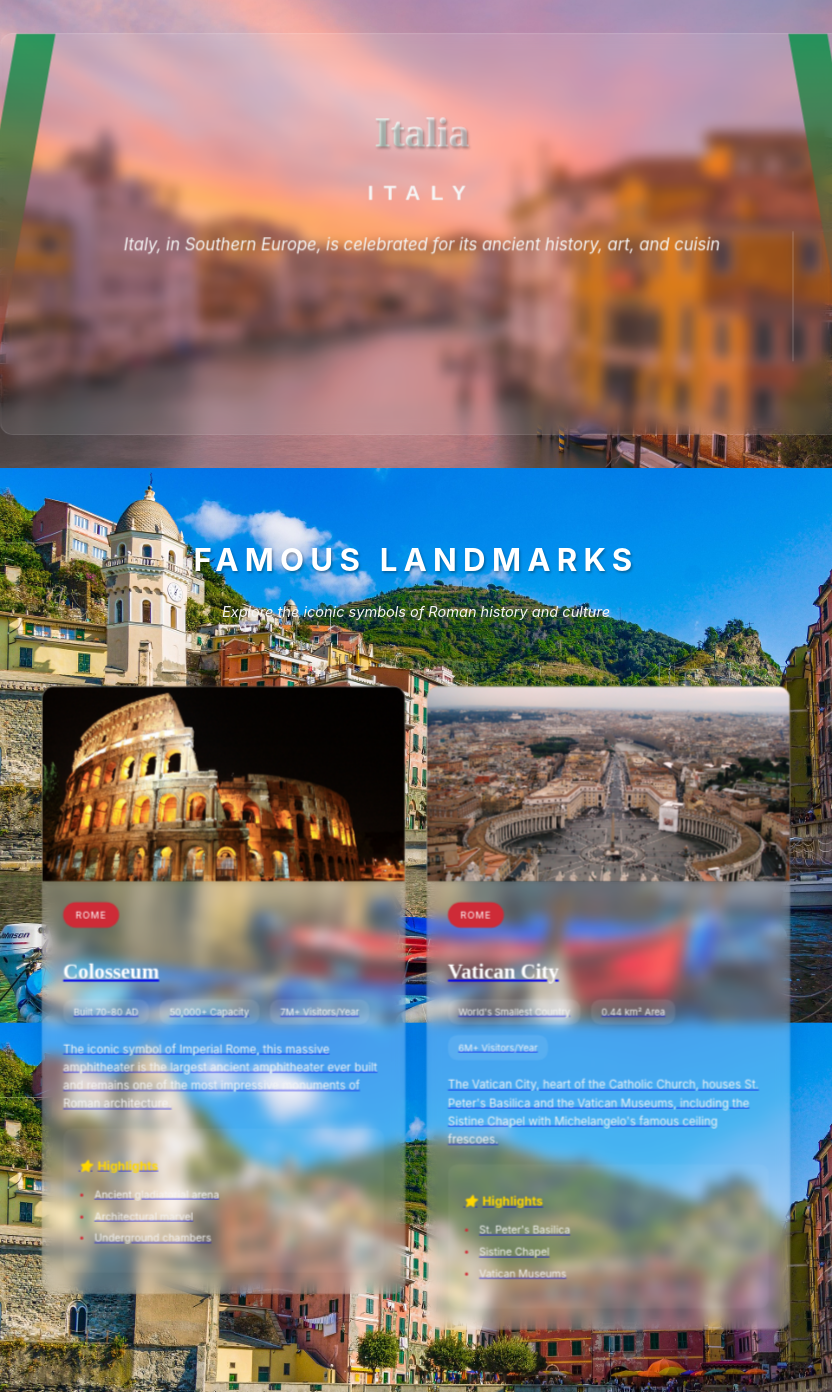
Repository: huang-heavenly-Emperor/NewYork
Page: italy.html
An editor plug-in stored every save of this project. The page is shown before and after a run of saves, followed by the edit.
The browser window is 1280 px wide. The pictures show the whole page, at 65% of full size.
Pictures or frames that could not be fetched are drawn as grey boxes. Backgrounds fixed to the window are drawn as part of the page.

Above is the page before, as saved 2025-02-19 15:26:24.

After the next 3 saves:
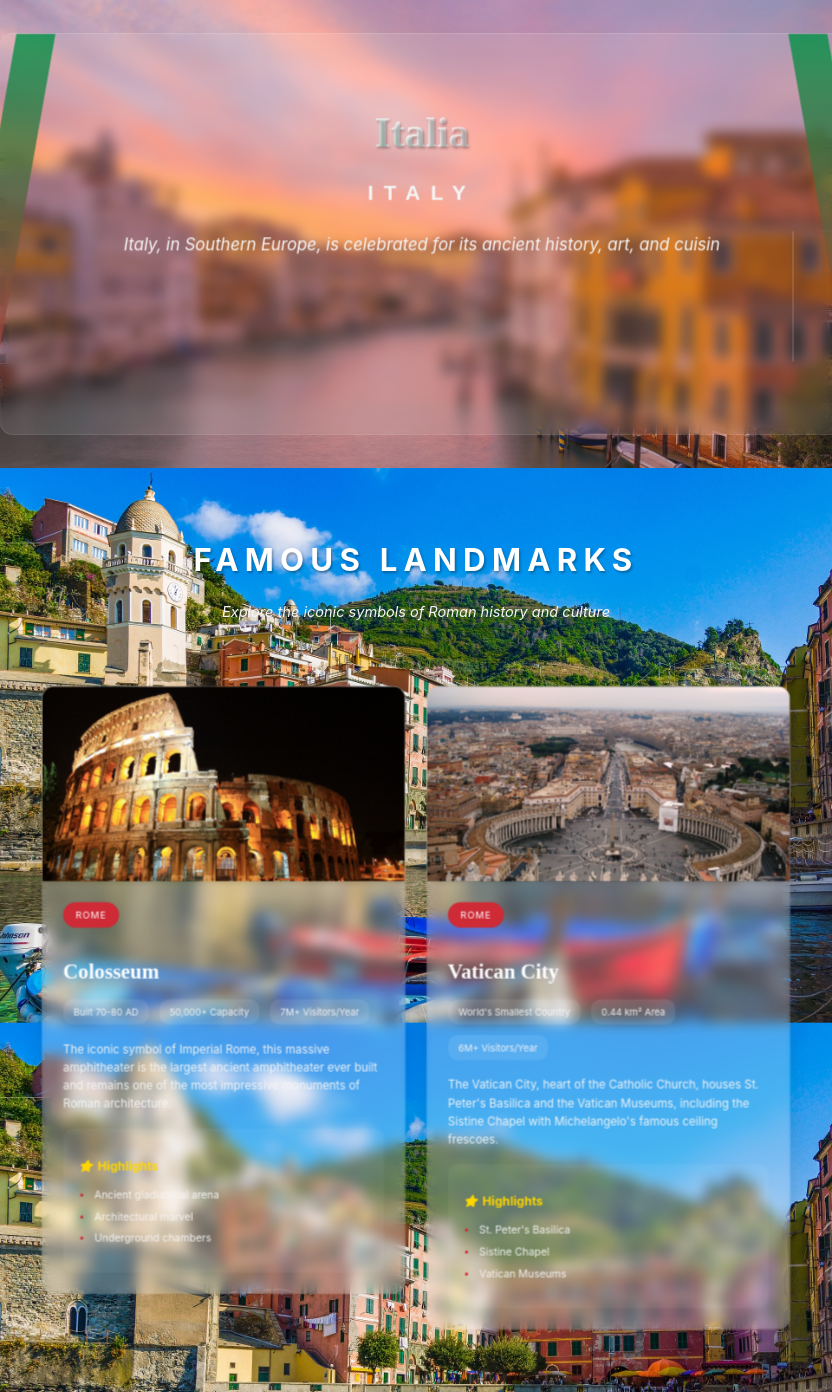
The 3 saves are shown as one change because they came seconds apart.
The last was saved 15 s later.
--- a/css/italy.css
+++ b/css/italy.css
@@ -15,7 +15,10 @@ body {
 
     overflow-x: hidden;
 }
-
+a{
+    text-decoration: none;
+    color: var(--italian-white);
+}
 .main-content {
     position: relative;
     min-height: 100vh;
